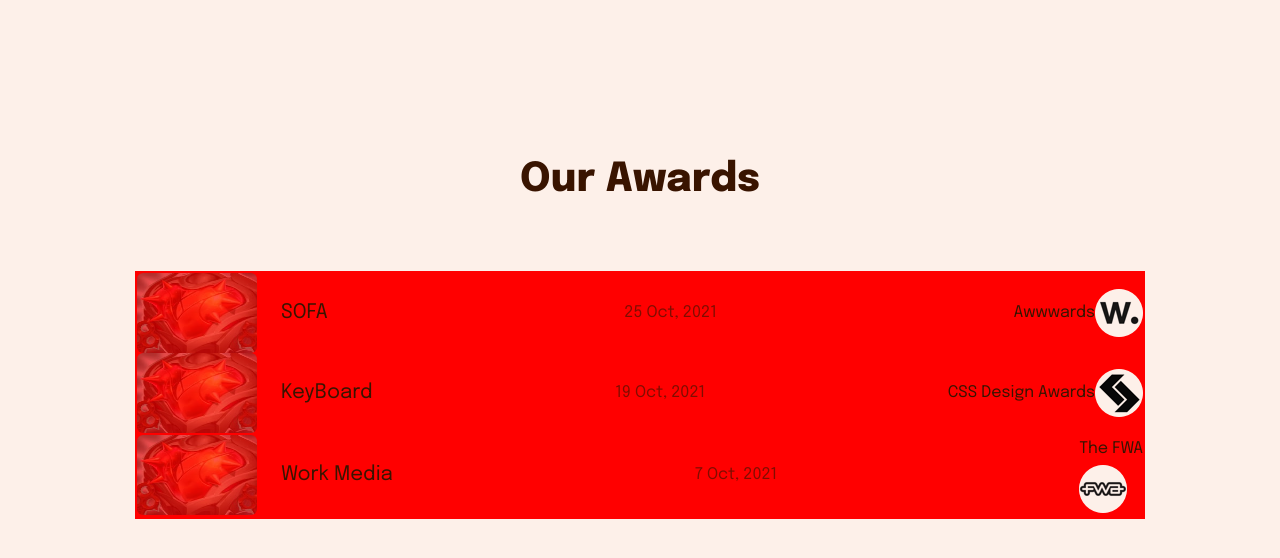
Repository: PoladEziz/Task-19
Page: index.html
The author's editor kept a copy of each file at every save. The page is drawn from the files as they stood at one save, then again after a run of saves.
The browser window is 1280 px wide. The pictures show the whole page.
The style sheet was rebuilt from its Sass, Less or Tailwind sources for each picture, by a compiler version that may differ from the author's.

Above is the page before, as saved 2023-09-12 15:48:06.

### index.html
<!DOCTYPE html>
<html lang="en">
  <head>
    <meta charset="UTF-8" />
    <meta name="viewport" content="width=device-width, initial-scale=1.0" />
    <title>Document</title>
    <link rel="stylesheet" href="./index.css" />
  </head>

  <body>
    <div class="awards">
      <h1>Our Awards</h1>
      <table>
        <tr>
          <td>
            <div class="left-box">
              <img class="first" src="./foto.jpg" alt="" />
              <h2>SOFA</h2>
            </div>
          </td>
          <td>
            <p>25 Oct, 2021</p>
          </td>
          <td>
            <div class="right-box">
              <h3>Awwwards</h3>
            <img src="./img/Bitmap (8).png" alt="" />
            </div>

          </td>
        </tr>
        <tr>
          <td>
            <div class="left-box">
              <img class="first" src="./foto.jpg" alt="" />
              <h2>KeyBoard</h2>
            </div>
          </td>
          <td>
            <p>19 Oct, 2021</p>
          </td>
          <td>
            <div class="right-box">
              <h3>CSS Design Awards</h3>
              <img src="./img/Bitmap (9).png" alt="" />
            </div>

          </td>
        </tr>
        <tr>
          <td>
            <div class="left-box">
              <img class="first" src="./foto.jpg" alt="" />
              <h2>Work Media</h2>
            </div>

          </td>
          <td>
            <p>7 Oct, 2021</p>
          </td>
          <td>
            <h3>The FWA</h3>
            <img src="./img/Bitmap (10).png" alt="" />
          </td>
        </tr>
      </table>
    </div>
  </body>
</html>

### index.scss
@import url('https://fonts.googleapis.com/css2?family=Epilogue:wght@400;800&display=swap');

* {
    padding: 0;
    margin: 0;
    box-sizing: border-box;
}

.awards {
    width: 100%;
    min-height: 100vh;
    background: #FDF0E9;
    padding: 156px 135px;

    h1 {
        color: var(--Text_Dark, #391400);
        text-align: center;
        font-feature-settings: 'clig' off, 'liga' off;
        font-family: Epilogue;
        font-size: 40px;
        font-style: normal;
        font-weight: 800;
        line-height: 48px;
    }

    table {
        width: 100%;
        margin-top: 67px;
        background-color: red;
        tr {
            width: 100%;
            display: flex;
            justify-content: space-between;
            align-items: center;
            td {

                .first {
                    width: 120px;
                    height: 80px;
                    border-radius: 6px;
                    opacity: 0.3181;
                    background: #5C2000;
                }

                h2 {
                    margin-left: 24px;
                    color: var(--Text_Dark, #391400);
                    font-feature-settings: 'clig' off, 'liga' off;
                    font-family: Epilogue;
                    font-size: 20px;
                    font-style: normal;
                    font-weight: 400;
                    line-height: 32px;
                }

                p {
                    color: var(--Text_Dark_Gray, rgba(57, 20, 0, 0.64));
                    text-align: center;
                    font-feature-settings: 'clig' off, 'liga' off;
                    font-family: Epilogue;
                    font-size: 16px;
                    font-style: normal;
                    font-weight: 400;
                    line-height: 32px;
                }

                h3 {
                    color: var(--Text_Dark, #391400);
                    text-align: right;
                    font-feature-settings: 'clig' off, 'liga' off;
                    font-family: Epilogue;
                    font-size: 16px;
                    font-style: normal;
                    font-weight: 400;
                    line-height: 32px;
                }
            }
            .left-box, .right-box{
                display: flex;
                align-items: center;
            }
        }
    }
}

After the next 3 saves:
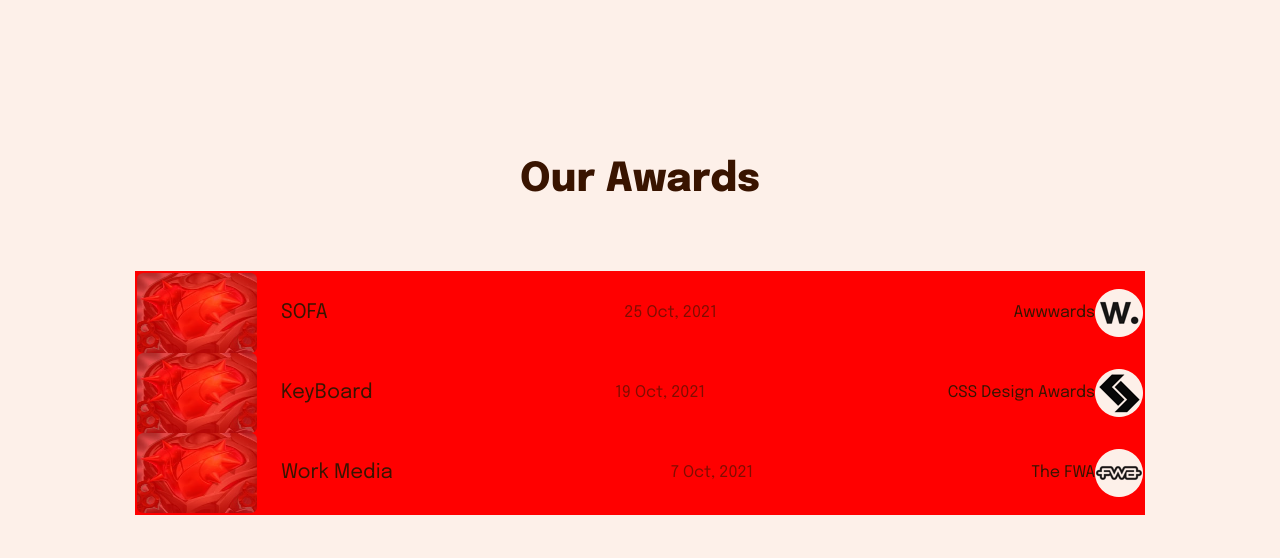
The 3 saves are shown as one change because they came seconds apart.
The last was saved 10 s later.
--- a/index.html
+++ b/index.html
@@ -59,8 +59,11 @@
             <p>7 Oct, 2021</p>
           </td>
           <td>
-            <h3>The FWA</h3>
-            <img src="./img/Bitmap (10).png" alt="" />
+            <div class="right-box">
+              <h3>The FWA</h3>
+              <img src="./img/Bitmap (10).png" alt="" />
+            </div>
+
           </td>
         </tr>
       </table>
